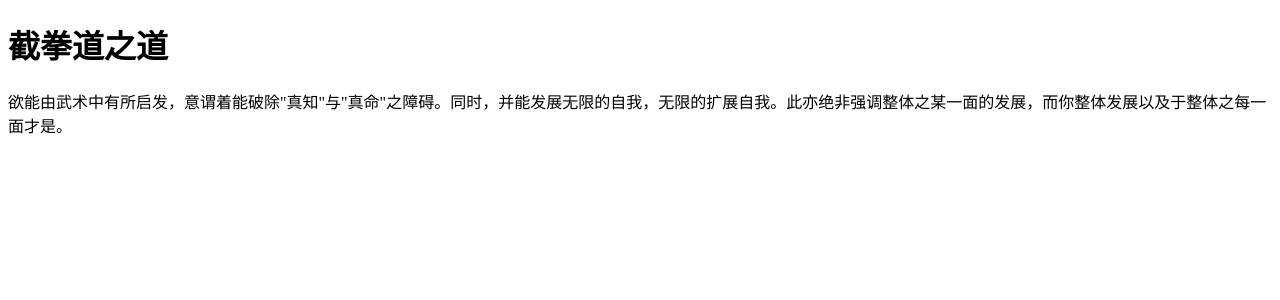
Repository: MasterKweng/workspace
Page: WebBasic/WebContent/Day02/text.html
The author's editor kept a copy of each file at every save. The page is drawn from the files as they stood at one save, then again after the next save.
The browser window is 1280 px wide. The pictures show the whole page.

Above is the page before, as saved 2018-01-04 06:41:37.

After the next save:
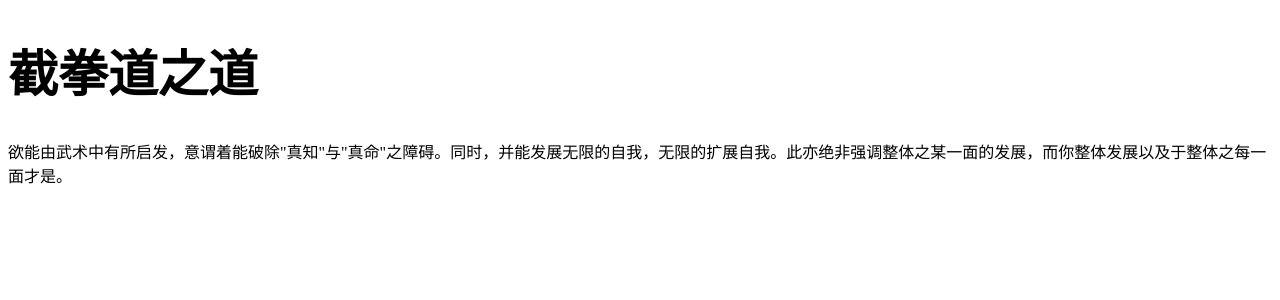
Saved 49 s later.
--- a/WebBasic/WebContent/Day02/text.html
+++ b/WebBasic/WebContent/Day02/text.html
@@ -7,6 +7,9 @@
 			body{
 				font-family:'微软雅黑';
 			}
+			h1{
+				font-size:50px;
+			}
 		</style>
 	</head>
 	<body>
